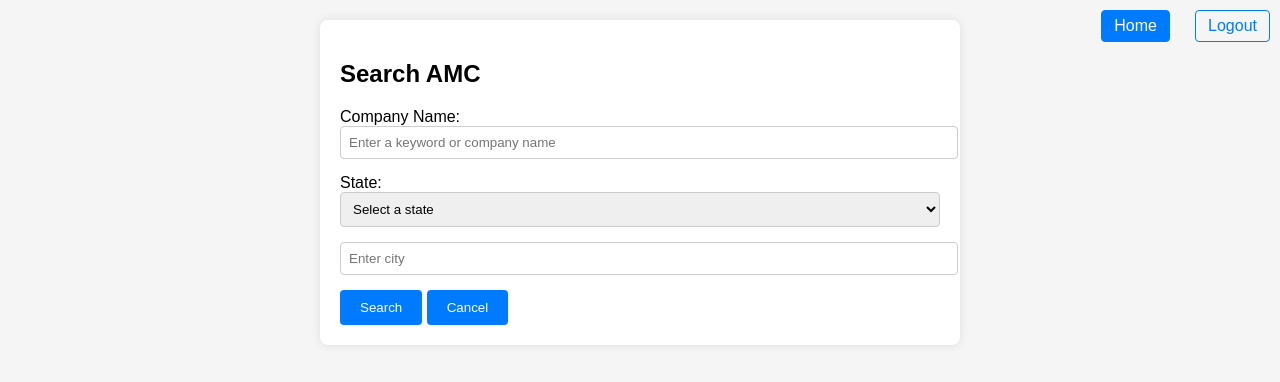
Repository: SaiKumarKota1919/zettamine-sai
Page: http://localhost/appraiser-management-system/search-form.jsp
An editor plug-in stored every save of this project. The page is shown before and after the next save, followed by the edit.
The browser window is 1280 px wide. The pictures show the whole page.
The page is served by Tomcat 10. The session is filled in as if someone had signed in: {"userName": "user"}.

Above is the page before, as saved 2024-01-01 10:40:30.

After the next save:
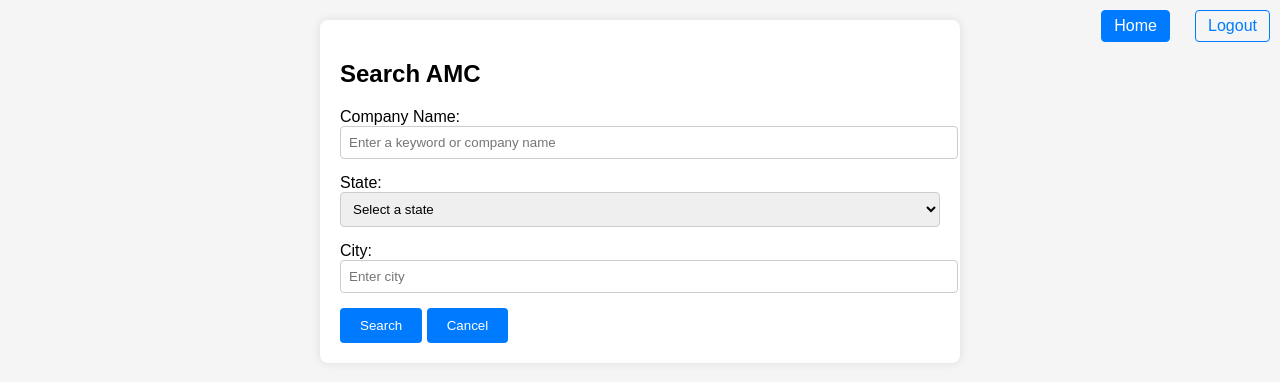
Saved 31 s later.
--- a/project-ams/appraiser-management-system/src/main/webapp/search-form.jsp
+++ b/project-ams/appraiser-management-system/src/main/webapp/search-form.jsp
@@ -34,10 +34,11 @@
        %>
 
 
-  <label for="city">City:</label>
+
+
+    </select>
+    	<label for="city">City:</label>
     <input type="text" name="city" placeholder="Enter city">
-
-<!--     </select> -->
 <!--     <label for="city">City:</label> -->
 <!--     <select id="city" name="city"> -->
 <!--       <option value="" selected disabled>Select a city</option> -->
